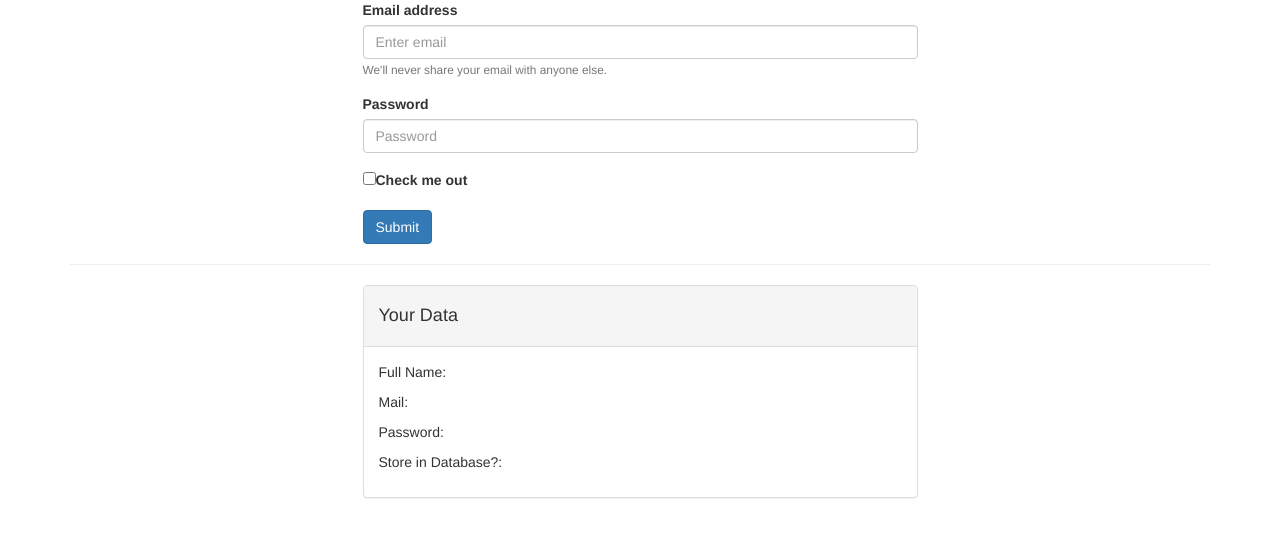
Repository: wojkos/Learn
Page: / (app in Vue/practise11/)
An editor plug-in stored every save of this project. The page is shown before and after the next save, followed by the edit.
The browser window is 1280 px wide. The pictures show the whole page.
The project was rebuilt for these pictures with package versions that can differ from the ones it lists, and the page was loaded fresh each time. Also part of the build but not shown: Vue/practise11/webpack.config.js.

Above is the page before, as saved 2018-05-15 23:45:24.

After the next save:
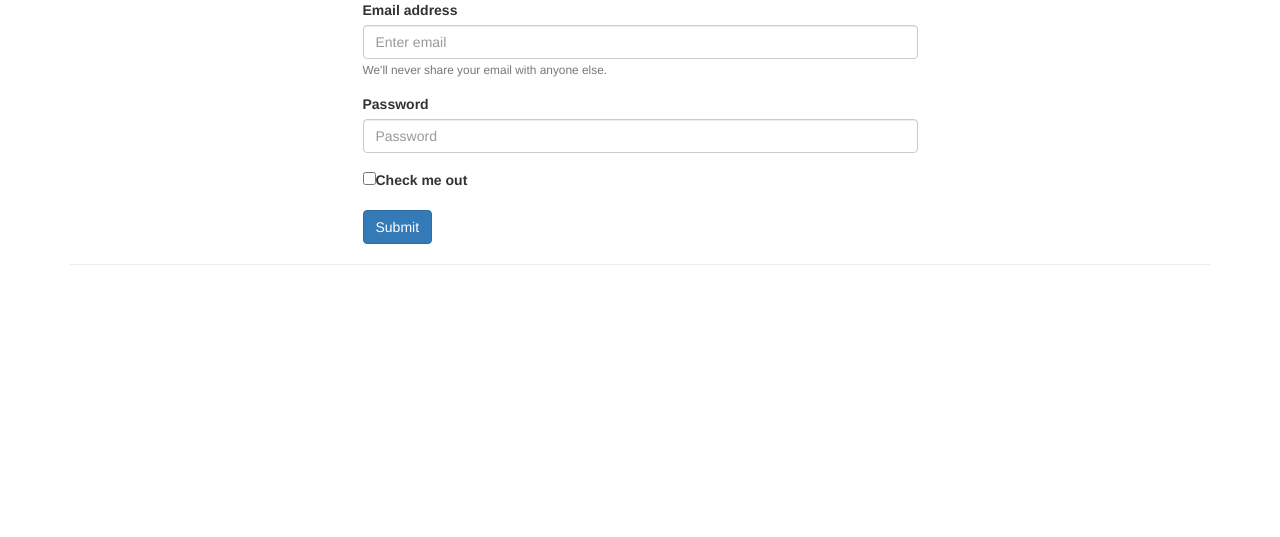
Saved 24 s later.
--- a/Vue/practise11/src/App.vue
+++ b/Vue/practise11/src/App.vue
@@ -37,7 +37,7 @@
             </div>
         </form>
         <hr>
-        <div class="row">
+        <div class="row" v-if="isSubmited">
             <div class="col-xs-12 col-sm-8 col-sm-offset-2 col-md-6 col-md-offset-3">
                 <div class="panel panel-default">
                     <div class="panel-heading">
